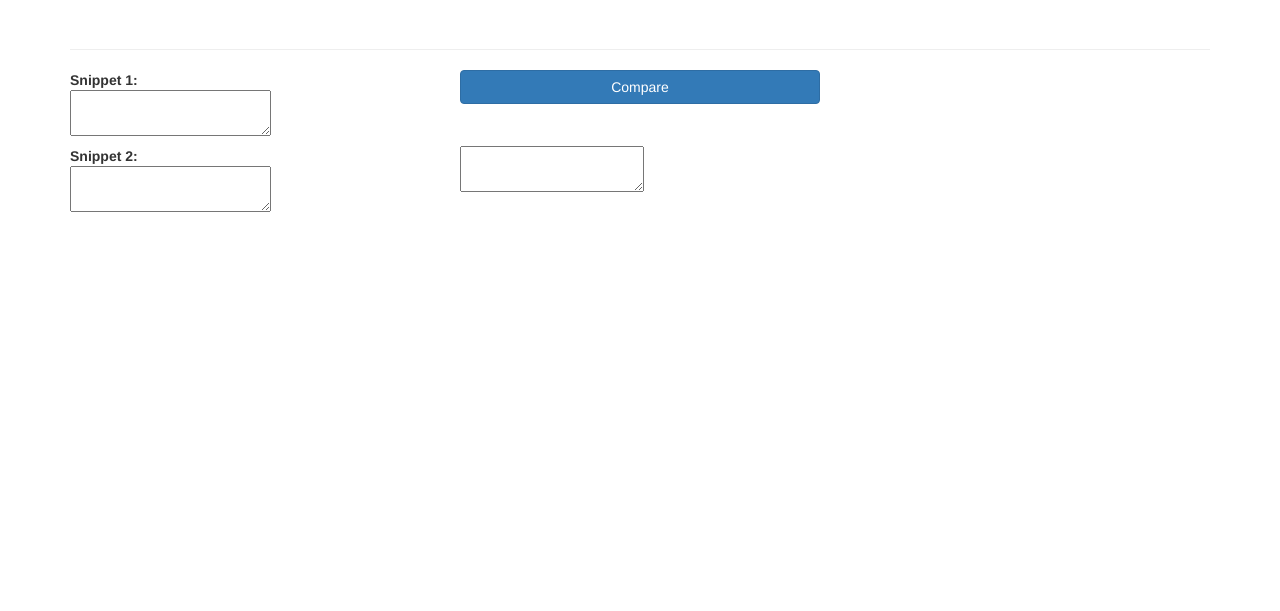
Repository: d4rkm3z/JSPerfomance
Page: index.html
The author's editor kept a copy of each file at every save. The page is drawn from the files as they stood at one save, then again after the next save.
The browser window is 1280 px wide. The pictures show the whole page.

Above is the page before, as saved 2016-10-25 14:05:14.

### index.html
<!DOCTYPE html>
<html lang="en">

<head>
  <title></title>
  <meta charset="UTF-8">
  <meta name="viewport" content="width=device-width, initial-scale=1">
  <link href="src/css/style.css" rel="stylesheet">
  <link href="src/bootstrap/css/bootstrap.min.css" rel="stylesheet">
</head>

<body>
  <div class="container">
    <div class="page-header"></div>
    <div class="row">
      <div class="col-sm-4">
        <label>
          Snippet 1:<br>
          <span class="snippets-group span-snippets">
            <textarea id="" rows="" cols=""></textarea>
          </span>
        </label>
      </div>
      <div class="col-sm-4">
        <button type="button" class="btn btn-primary btn-default btn-block">Compare</button>
      </div>
    </div>
    <div class="row">
      <div class="col-sm-4">
        <label>
          Snippet 2:<br>
          <span class="snippets-group span-snippets">
            <textarea id="" rows="" cols=""></textarea>
          </span>
        </label>
      </div>
      <div class="col-sm-4">
        <span class="snippets-group snippet-result">
          <textarea id="result" rows="" cols=""></textarea>
        </span>
      </div>
    </div>
  </div>
  <script src="src/js/app.js"></script>
</body>

</html>

### src/css/style.css
.span-snippets textarea{
}

Loaded but not shown: src/bootstrap/css/bootstrap.min.css (library); src/js/app.js (no copy from this time; the picture is the same without it)

After the next save:
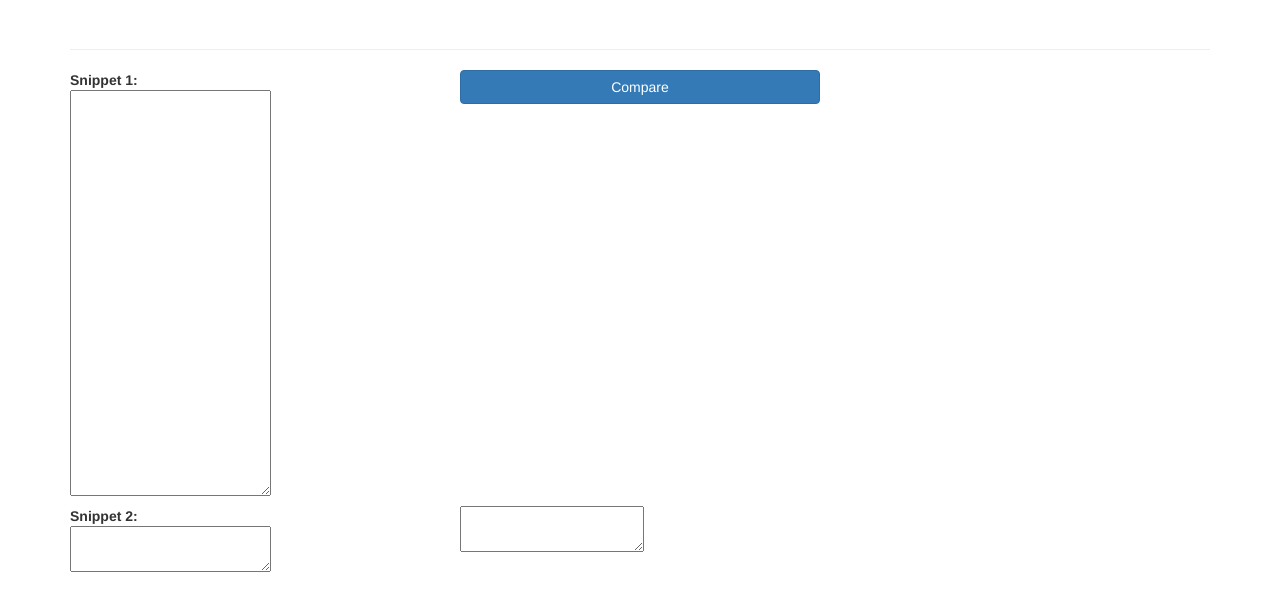
Saved 9 s later.
--- a/index.html
+++ b/index.html
@@ -17,7 +17,7 @@
         <label>
           Snippet 1:<br>
           <span class="snippets-group span-snippets">
-            <textarea id="" rows="" cols=""></textarea>
+            <textarea id="" rows="20" cols=""></textarea>
           </span>
         </label>
       </div>
